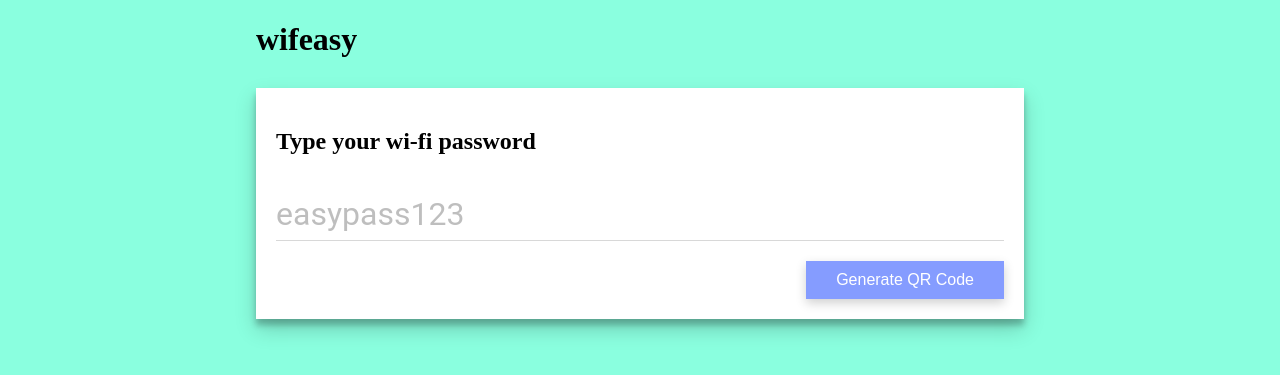
Repository: akagabi/wifeasy
Page: index.html
The author's editor kept a copy of each file at every save. The page is drawn from the files as they stood at one save, then again after the next save.
The browser window is 1280 px wide. The pictures show the whole page.

Above is the page before, as saved 2018-12-25 12:58:09.

After the next save:
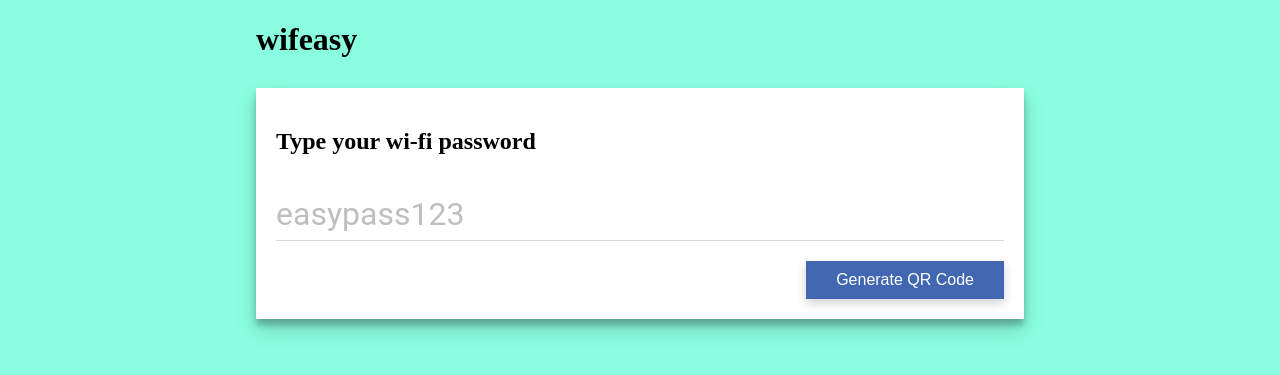
Saved 37 s later.
--- a/style.css
+++ b/style.css
@@ -94,7 +94,7 @@
   }
 
   .button {
-    background: #859CFF;
+    background: #4267b2;
     box-shadow: 0 4px 10px rgba(0,0,0,0.19);
     border: 0;
     color: #fff;
